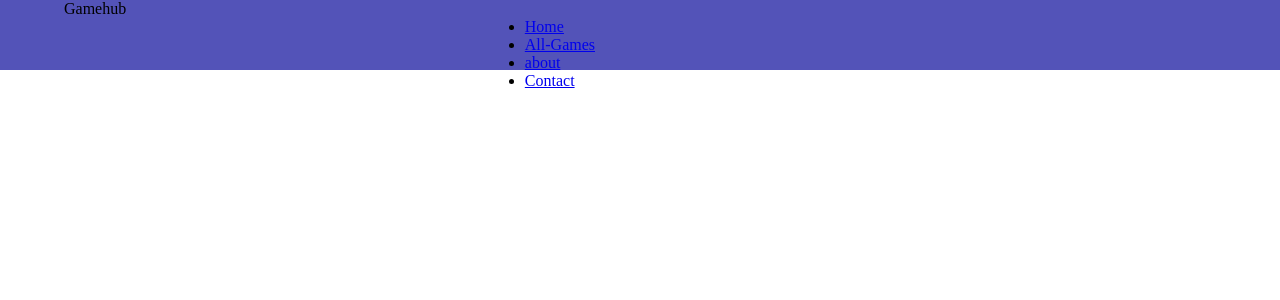
Repository: Fariaddd/New-CA-
Page: index.html
The author's editor kept a copy of each file at every save. The page is drawn from the files as they stood at one save, then again after the next save.
The browser window is 1280 px wide. The pictures show the whole page.

Above is the page before, as saved 2021-11-13 17:50:07.

After the next save:
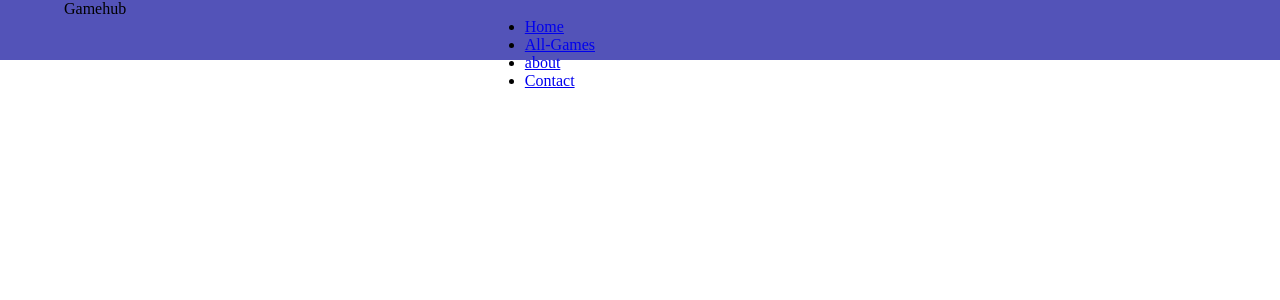
Saved 10 s later.
--- a/css/styles.css
+++ b/css/styles.css
@@ -6,7 +6,7 @@
   top: 0;
   font-family: "montserrat" sans-serif;
   padding: 0 5%;
-  height: 70px;
+  height: 60px;
   background-color: rgb(83, 83, 184);
 }
 
@@ -16,7 +16,7 @@
   height: 100px;
   display: flex;
   align-items: center;
-  font-size: 0;
+  font-size: ;
   color: white;
 }
 
